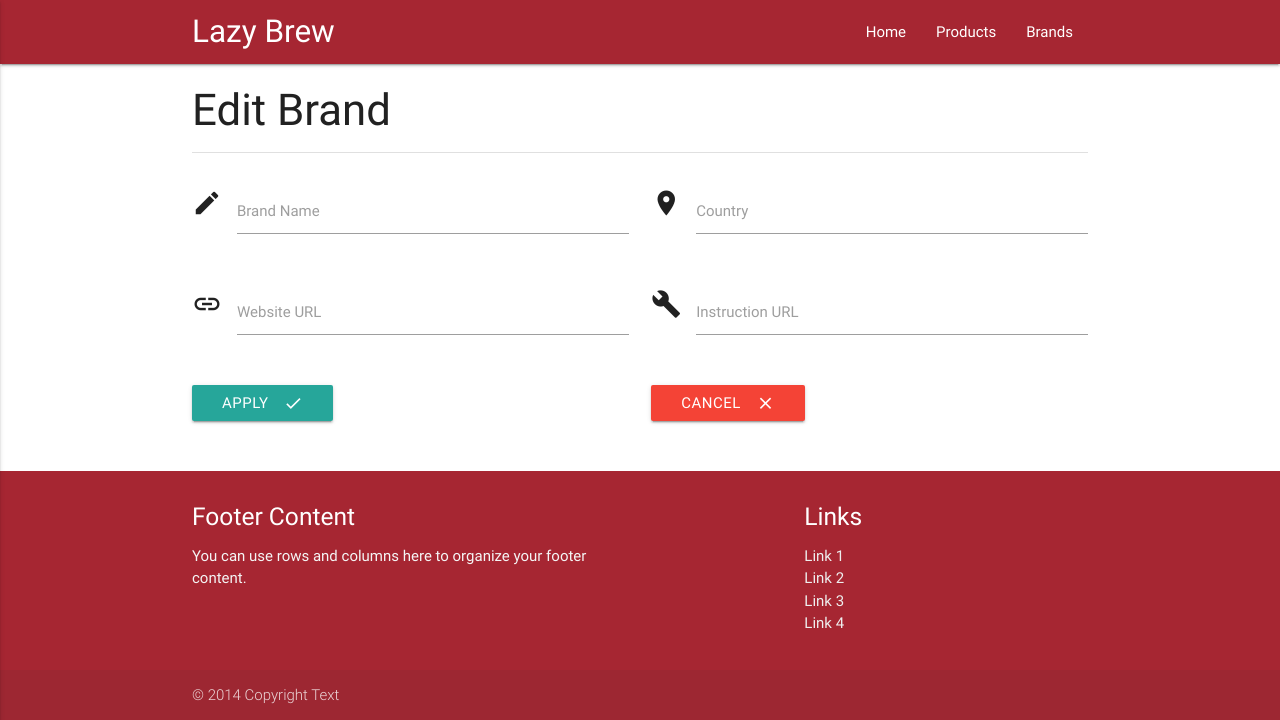
Repository: Leon2ev/lazy-brew
Page: templates/editbrand.html
The author's editor kept a record of every edit. The page is drawn from the files as they stood at one moment, then again after the next edit.
The browser window is 1280 px wide. The pictures show the whole page.
Some web libraries are served in a nearby version. The page is served by the project's application, run on Flask 3 (app.py). The template is opened directly, without the code that normally fills it, so the values that code supplies are empty.

Above is the page before.

After the next edit:
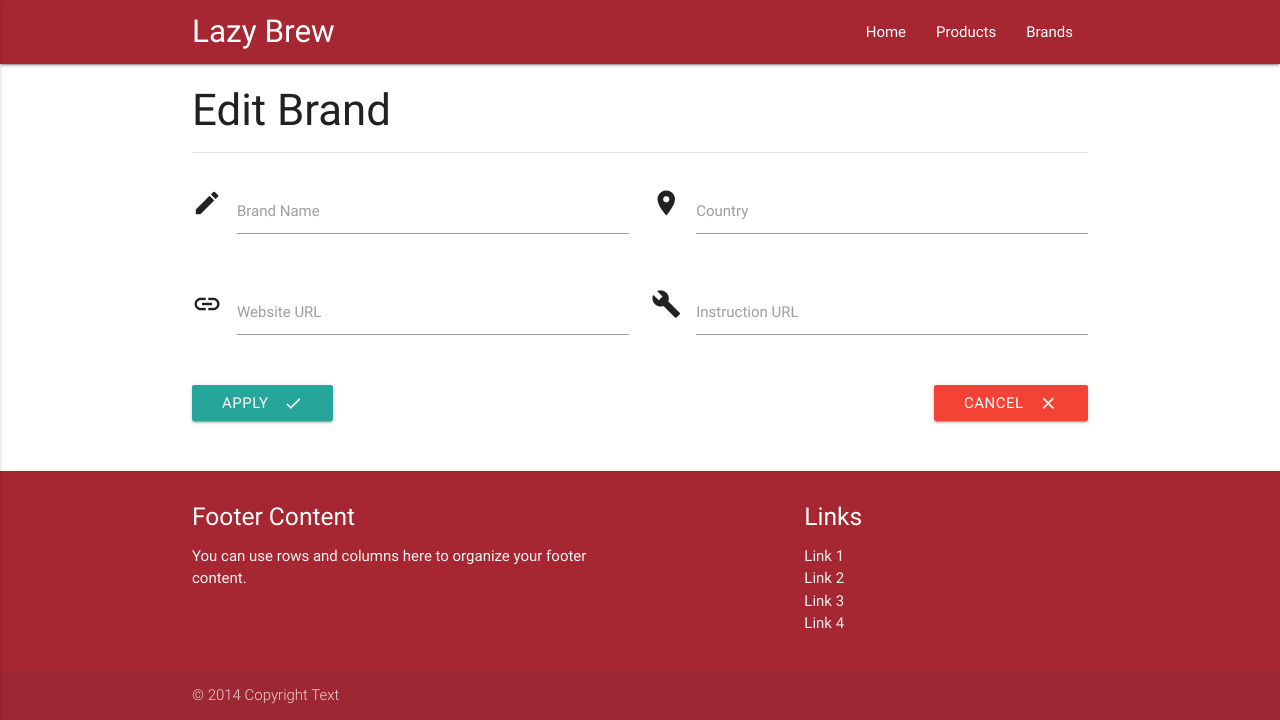
The edit:
--- a/templates/editbrand.html
+++ b/templates/editbrand.html
@@ -35,7 +35,7 @@
                     </button>
                 </div>
                 <div class="col s12 l6">
-                    <a class="waves-effect waves-light btn modal-trigger red" href="#modal1">Cancel
+                    <a class="waves-effect waves-light btn modal-trigger red right" href="#modal1">Cancel
                         <i class="material-icons right">clear</i>
                     </a>
                 </div>
